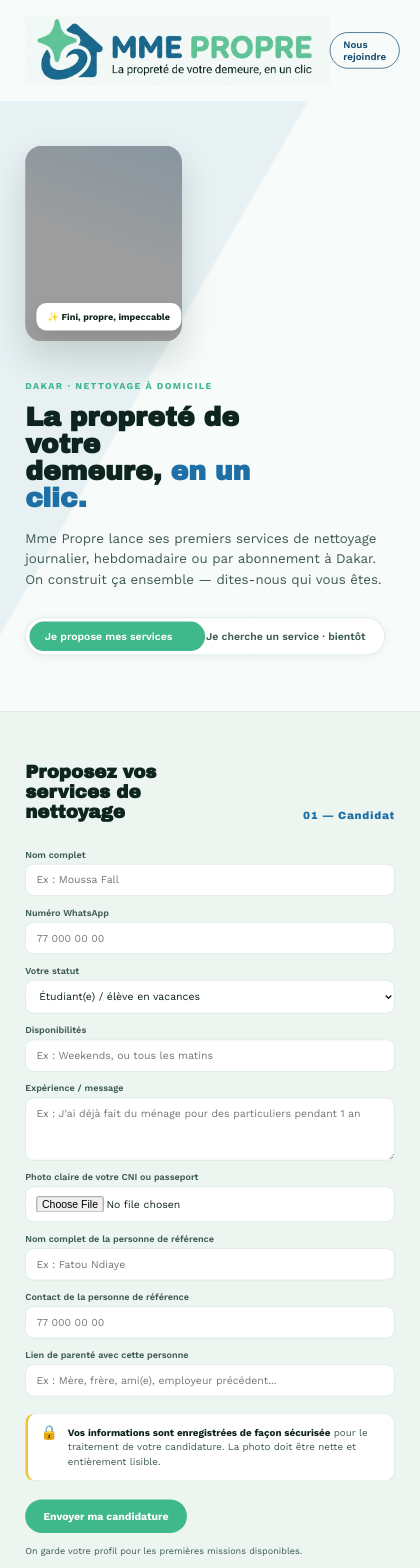
Repository: AntaaaKD/Mme-Propre
Page: test.html
These files come from the project's save history. The page is drawn as it stood at one moment and after a run of saves; the edit follows.
The browser window is 600 px wide. The pictures show the part of the page from y = 0 to 2240 px (the page is 2646 px tall before and 2588 px after), at 70% of full size.
Pictures or frames that could not be fetched are drawn as grey boxes.

Above is the page before, as saved 2026-07-20 01:04:12.

After the next 5 saves:
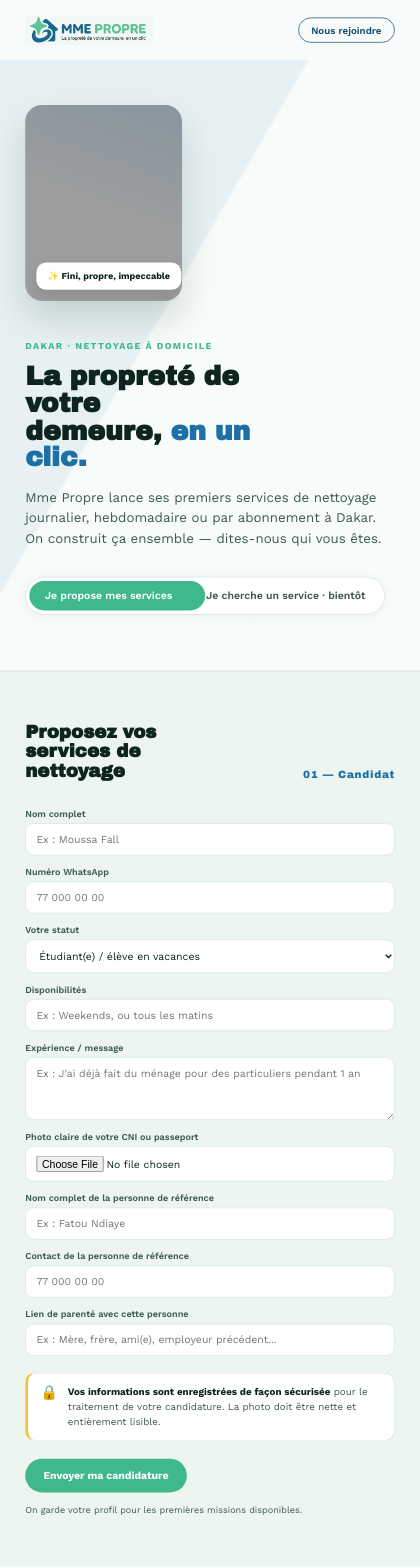
The 5 saves are shown as one change because they came seconds apart.
The last was saved 23 s later.
--- a/test.html
+++ b/test.html
@@ -146,7 +146,8 @@
   @media (max-width:680px)
   {
     .grid{grid-template-columns:1fr;}
- }
+    .logo-img{height:42px;}
+  }
 
   .field{display:flex;flex-direction:column;gap:6px;}
   .field.full{grid-column:1/-1;}
